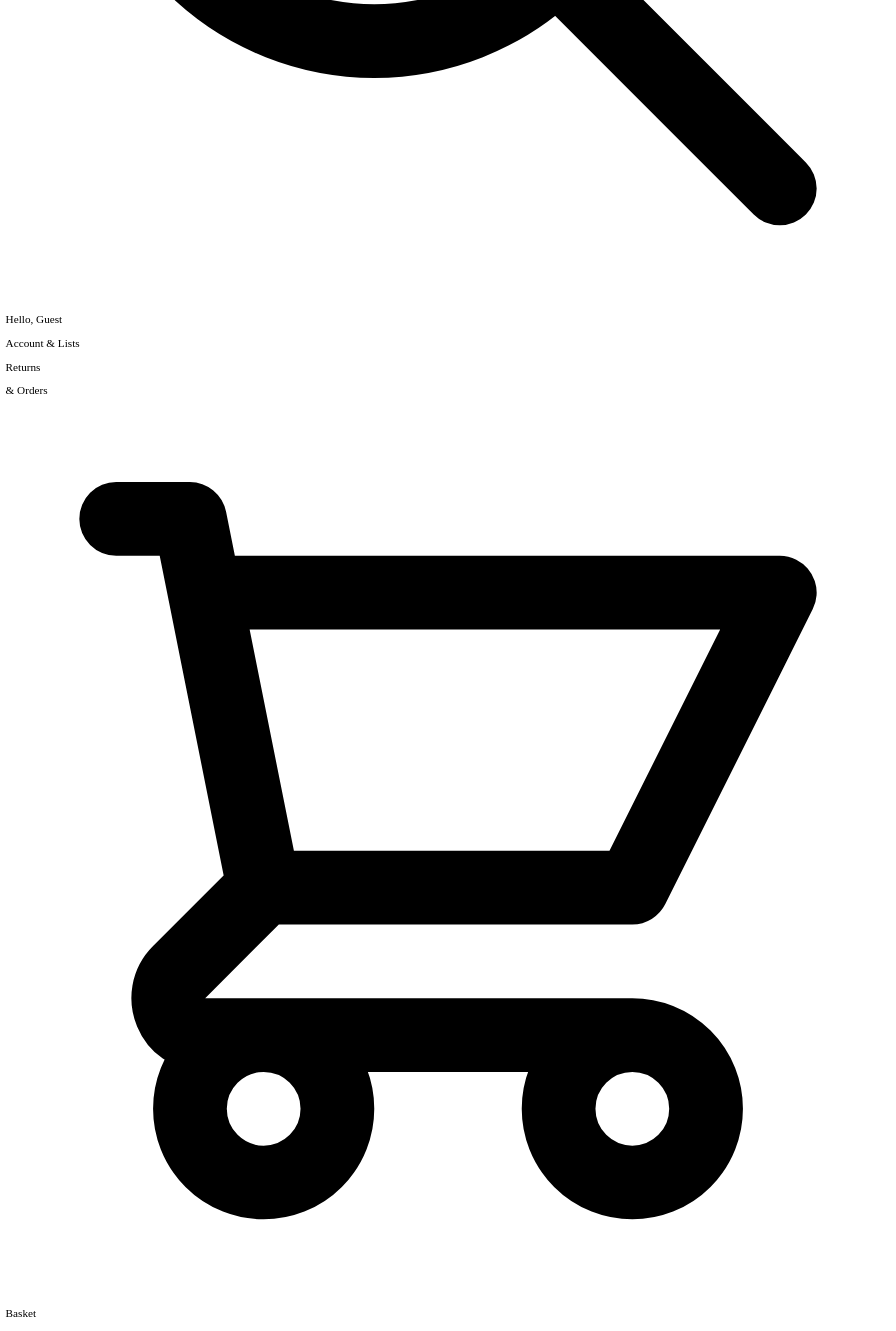
Repository: SayedJamil/amazon_clone_nextjs
Page: /
An editor plug-in stored every save of this project. The page is shown before and after a run of saves, followed by the edit.
The browser window is 1280 px wide. The pictures show the part of the page from y = 865 to 2785 px (the page is 2767 px tall before and 2785 px after), at 70% of full size.
The project was rebuilt for these pictures with package versions that can differ from the ones it lists, and the page was loaded fresh each time. The framework's server and built-in components were replaced by stand-ins that run in the browser. Also part of the build but not shown: next.config.js.

Above is the page before, as saved 2021-08-26 12:48:14.

After the next 2 saves:
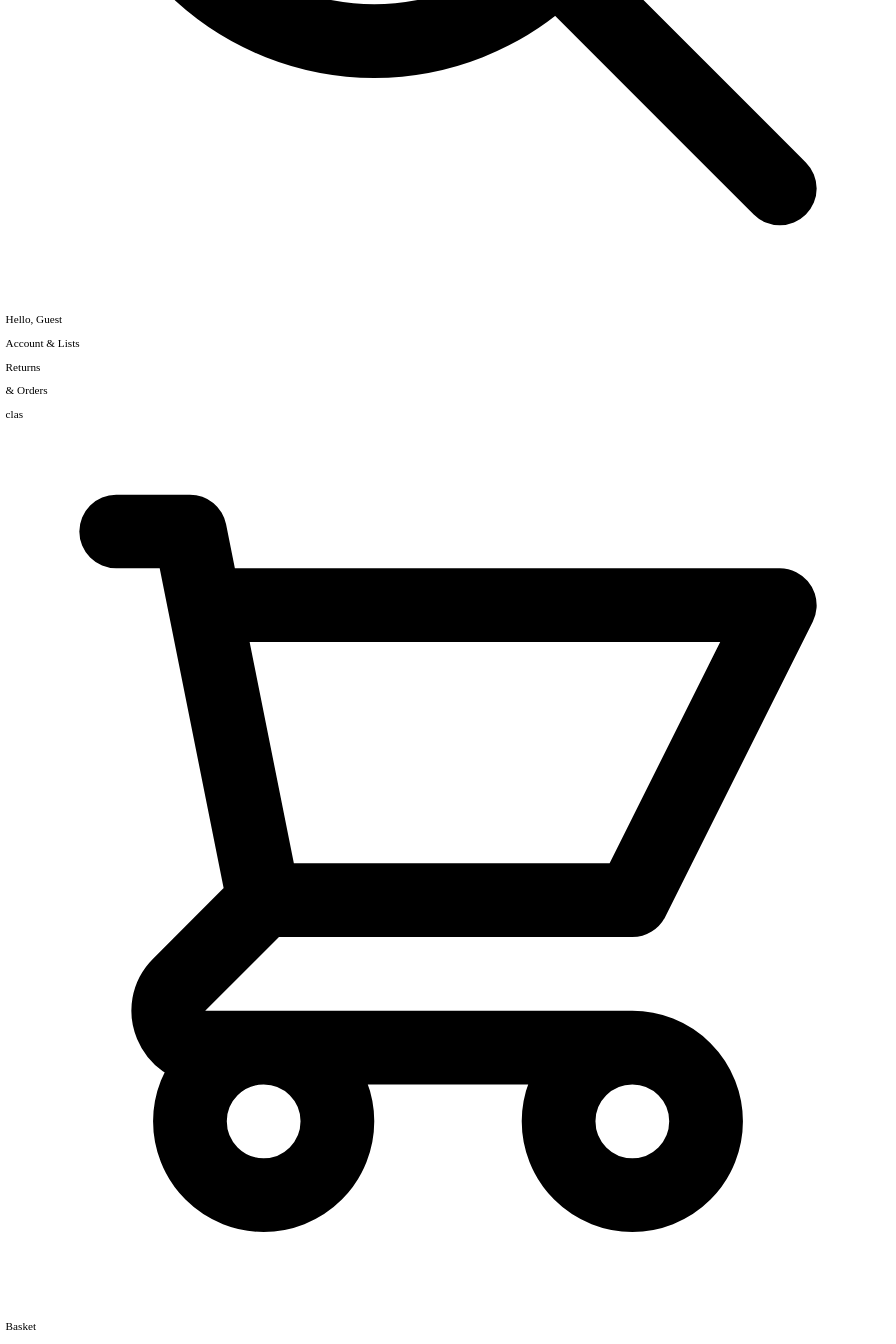
The 2 saves are shown as one change because they came seconds apart.
The last was saved 11 s later.
--- a/src/components/Header.js
+++ b/src/components/Header.js
@@ -15,15 +15,15 @@
                 </div>
                 {/* Right */}
                 <div className="text-white flex items-center text-xs space-x-6 mx-6 font-semibold whitespace-nowrap">
-                    <div>
+                    <div clas>
                         <p>Hello, Guest</p>
                         <p>Account & Lists</p>
                     </div>
-                    <div>
+                    <div clas>
                         <p>Returns</p>
                         <p>& Orders</p>
                     </div>
-                    <div>
+                    <div clas> clas
                         <ShoppingCartIcon className="h-10" />
                         <p>Basket</p>
                     </div>

After the 2 saves that followed:
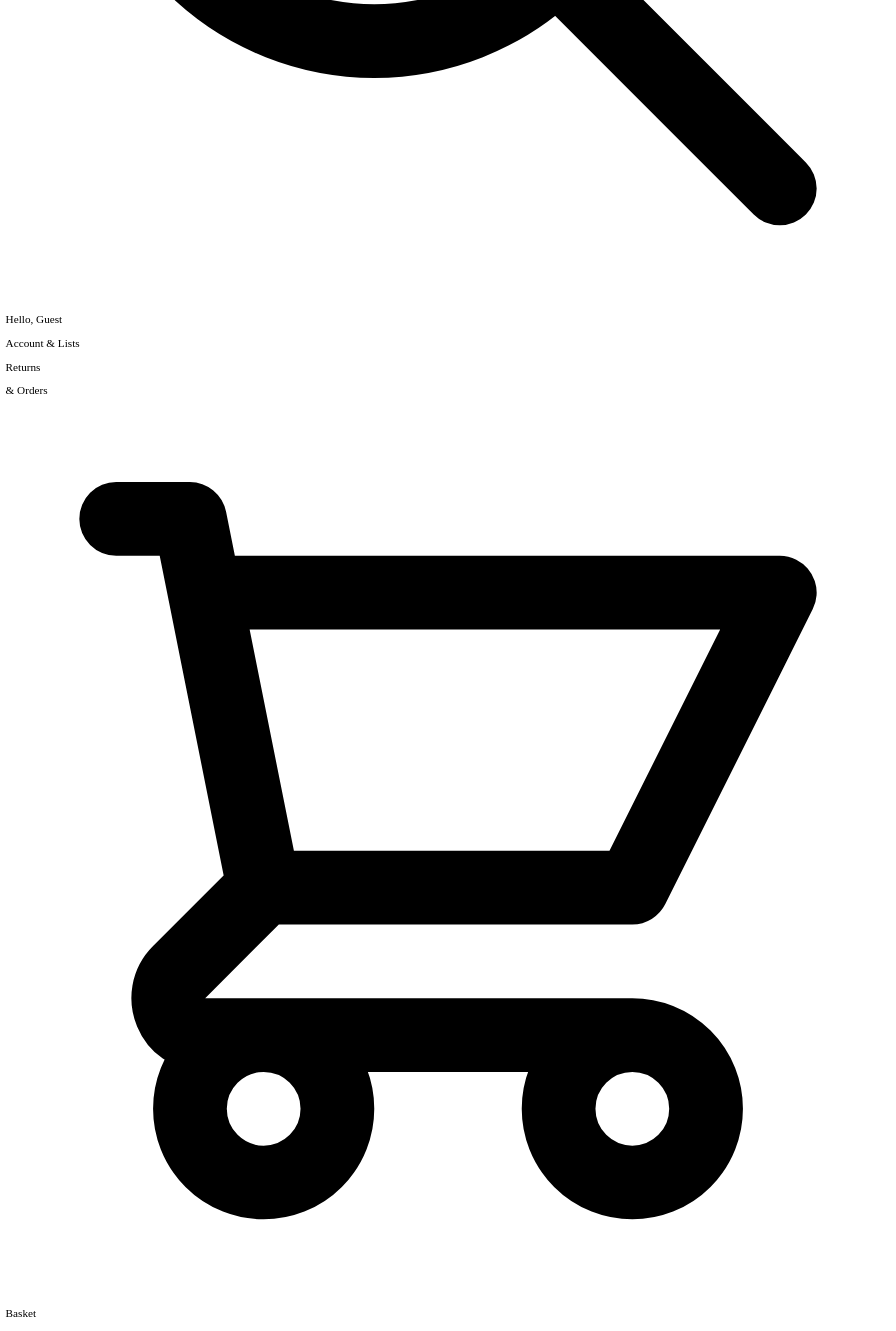
The 2 saves are shown as one change because they came seconds apart.
The last was saved 8 s later.
--- a/src/components/Header.js
+++ b/src/components/Header.js
@@ -15,15 +15,15 @@
                 </div>
                 {/* Right */}
                 <div className="text-white flex items-center text-xs space-x-6 mx-6 font-semibold whitespace-nowrap">
-                    <div clas>
+                    <div >
                         <p>Hello, Guest</p>
                         <p>Account & Lists</p>
                     </div>
-                    <div clas>
+                    <div >
                         <p>Returns</p>
                         <p>& Orders</p>
                     </div>
-                    <div clas> clas
+                    <div >
                         <ShoppingCartIcon className="h-10" />
                         <p>Basket</p>
                     </div>
